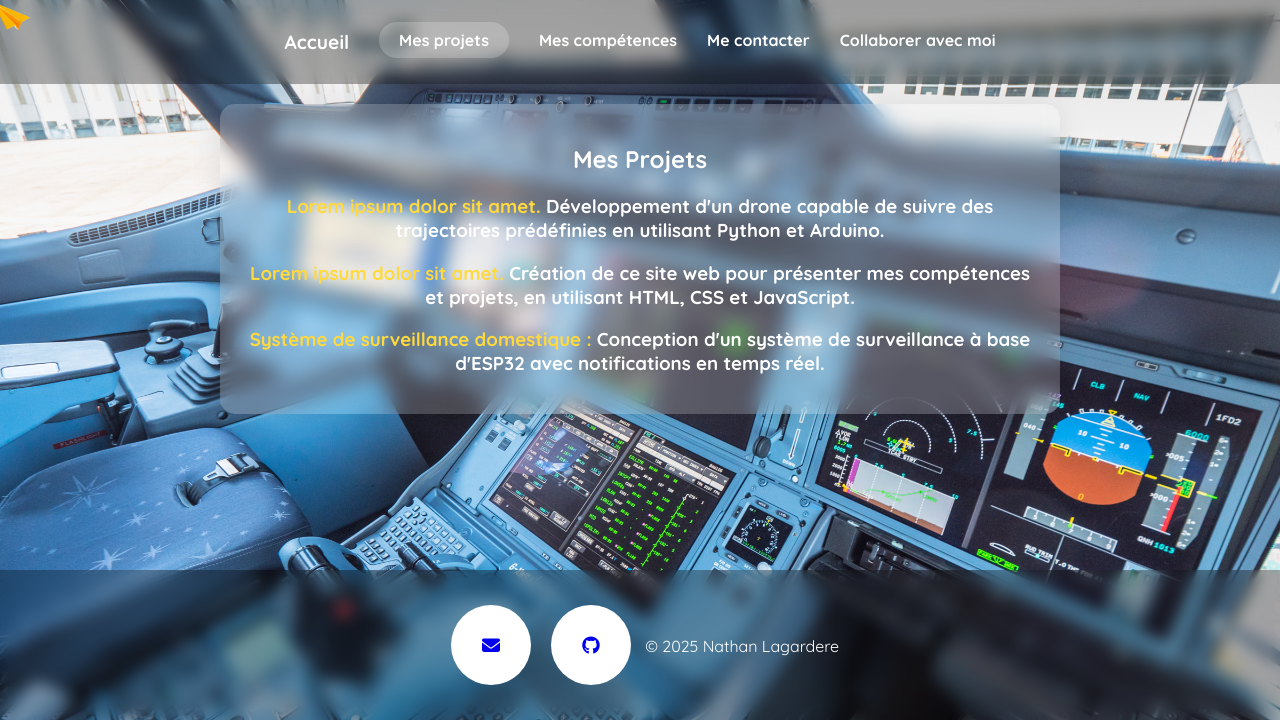
Repository: nlagardere/myportfolio
Page: projects.html
The author's editor kept a copy of each file at every save. The page is drawn from the files as they stood at one save, then again after a run of saves.
The browser window is 1280 px wide. The pictures show the whole page.

Above is the page before, as saved 2025-09-06 10:59:13.

### projects.html
<!DOCTYPE html>
<html lang="fr">
<head>
  <meta charset="UTF-8">
  <meta name="viewport" content="width=device-width, initial-scale=1.0">
  <title>Portfolio</title>

  <link href="https://fonts.googleapis.com/css2?family=Exo+2:wght@400;700&family=Quicksand:wght@400;700&display=swap" rel="stylesheet">
  <link rel="stylesheet" href="https://cdnjs.cloudflare.com/ajax/libs/font-awesome/6.5.0/css/all.min.css">

  <style>
    html{
      scroll-behavior: smooth;
      cursor: none;
    }

    body {
      font-family: 'Quicksand', sans-serif;
      margin: 0;
      padding: 0;
      min-height: 100vh;
      display: flex;
      flex-direction: column;
      background: url('a350.jpg') no-repeat center center;
      background-size: cover;
      color: #fff;

    }

    header {
      text-align: center;
      padding: 30px 20px;
      background: rgba(0,0,0,0.3);
      backdrop-filter: blur(8px);
    }

    .glasscard, .competences {
      background: rgba(255, 255, 255, 0.2);
      border-radius: 15px;
      padding: 20px;
      margin: 20px auto;
      max-width: 800px;
      backdrop-filter: blur(10px);
      box-shadow: 0 4px 30px rgba(0,0,0,0.1);
      text-align: center;
      animation: zoomPop 1s ease forwards;
      color: white;
    }

    .highlight {
      color: #FFD93D;
      font-weight: bold;
    }

    @keyframes zoomPop {
      0% { opacity: 0; transform: scale(0.1) translateZ(-800px); }
      60% { opacity: 1; transform: scale(1.2) translateZ(50px); }
      80% { transform: scale(0.95) translateZ(0); }
      100% { opacity: 1; transform: scale(1) translateZ(0); }
    }

    .wrapper {
      display: inline-flex;
      justify-content: center;
      list-style: none;
      padding: 20px 0;
      margin: 0 auto;
    }

    .wrapper .icon {
      position: relative;
      background: #ffffff;
      border-radius: 50%;
      padding: 15px;
      margin: 0 10px;
      width: 50px;
      height: 50px;
      font-size: 18px;
      display: flex;
      justify-content: center;
      align-items: center;
      cursor: pointer;
      transition: all 0.2s cubic-bezier(0.68, -0.55, 0.265, 1.55);
    }

    .wrapper .tooltip {
      position: absolute;
      bottom: 100%;
      left: 50%;
      transform: translateX(-50%) translateY(-10px);
      font-size: 14px;
      background: #333;
      color: #fff;
      padding: 5px 8px;
      border-radius: 5px;
      opacity: 0;
      pointer-events: none;
      white-space: nowrap;
      transition: all 0.3s cubic-bezier(0.68, -0.55, 0.265, 1.55);
      z-index: 10;
    }

    .wrapper .tooltip::before {
      content: "";
      position: absolute;
      top: 100%;
      left: 50%;
      transform: translateX(-50%) rotate(45deg);
      width: 8px;
      height: 8px;
      background: #333;
    }

    .wrapper .icon:hover .tooltip {
      opacity: 1;
      pointer-events: auto;
      transform: translateX(-50%) translateY(-15px);
    }

    .wrapper .mail:hover,
    .wrapper .mail:hover .tooltip,
    .wrapper .mail:hover .tooltip::before {
      background: #00CED1;
      color: #fff;
    }

    .wrapper .github:hover,
    .wrapper .github:hover .tooltip,
    .wrapper .github:hover .tooltip::before {
      background: #333333;
      color: #fff;
    }

    .footer{
      text-align: center;
      padding: 15px 20px;
      background: rgba(0,0,0,0.3);
      backdrop-filter: blur(8px);
      color: white;
      margin-top: auto;
    }

    .navbar ul {
      list-style: none;
      padding: 0;
      margin: 0;
      display: flex;
      justify-content: center;
      gap: 30px;
      flex-wrap: wrap;
    }
    .navbar ul li {
      display: inline;
    }
    .navbar ul li a {
      text-decoration: none;
      color: white;
      font-weight: bold;
      transition: color 0.3s;
    }
    .navbar ul li a:hover {
      color: #FFD93D;
    }

    .navbar .accueil a {
      font-size: 1.2em;
      font-weight: bold;
      color: #ffffff;
    }
    .navbar .accueil a:hover {
      color: #FFD93D;
    }

    .projets-wrapper {
      background: rgba(255, 255, 255, 0.2);
      backdrop-filter: blur(10px);
      padding: 8px 20px;
      border-radius: 25px;
      color: #fff;
      font-weight: bold;
      transition: all 0.3s ease;
    }

    .projets-wrapper:hover {
      background: rgba(255, 255, 255, 0.4);
      transform: scale(1.05);
      color: #FFD93D;
    }

    #mouse {
  position: fixed;
  top: 0;
  left: 0;
  width: 64px;
  height: 64px;
  background: url('cursor.png') no-repeat center center;
  background-size: contain;
  pointer-events: none; /* pour que le curseur ne bloque pas les clics */
  transform: translate(-50%, -50%);
  z-index: 9999;
  transform: translate(-35%, -25%);
  pointer-events: none;
}




    @media (max-width: 600px) {
      .letter-block .letter {
        font-size: 2.5em;
      }
    }

  </style>
</head>
<body>
  <div id="mouse"></div>
  <header>
    <nav class="navbar">
      <ul>
        <li class="accueil">
          <a href="index - Copie.html">Accueil</a>
        </li>
        <li><a href="projects.html" class="projets-wrapper">Mes projets</a></li>
        <li><a href="competences.html">Mes compétences</a></li>
        <li><a href="contact.html">Me contacter</a></li>
        <li><a href="collaborate.html">Collaborer avec moi</a></li>
      </ul>
    </nav>
  </header>

 <div calss="projects">
    <div class="glasscard">
      <h2>Mes Projets</h2>
      <h3><span class="highlight">Lorem ipsum dolor sit amet.</span> Développement d'un drone capable de suivre des trajectoires prédéfinies en utilisant Python et Arduino.</h3>
      <h3><span class="highlight">Lorem ipsum dolor sit amet.</span> Création de ce site web pour présenter mes compétences et projets, en utilisant HTML, CSS et JavaScript.</h3>
      <h3><span class="highlight">Système de surveillance domestique :</span> Conception d'un système de surveillance à base d'ESP32 avec notifications en temps réel.</h3>
    </div>
  </div>


  <div class="footer">
    <ul class="wrapper">
      <li class="icon mail">
        <a href="mailto:nathan.lagardere@gmail.com" target="_blank">
          <span class="tooltip">Mail</span>
          <i class="fas fa-envelope"></i>
        </a>
      </li>
      <li class="icon github">
        <a href="https://github.com/nlagardere" target="_blank">
          <span class="tooltip">Github</span>
          <i class="fab fa-github"></i>
        </a>
      </li>
    </ul>
    © 2025 Nathan Lagardere
  </div>

  <script>
    const mouse = document.querySelector('#mouse')
    window.addEventListener('mousemove', (e) => {
      mouse.style.top = e.pageY + 'px'
      mouse.style.left = e.pageX + 'px'
    })
  </script>
</body>
</html>

After the next 2 saves:
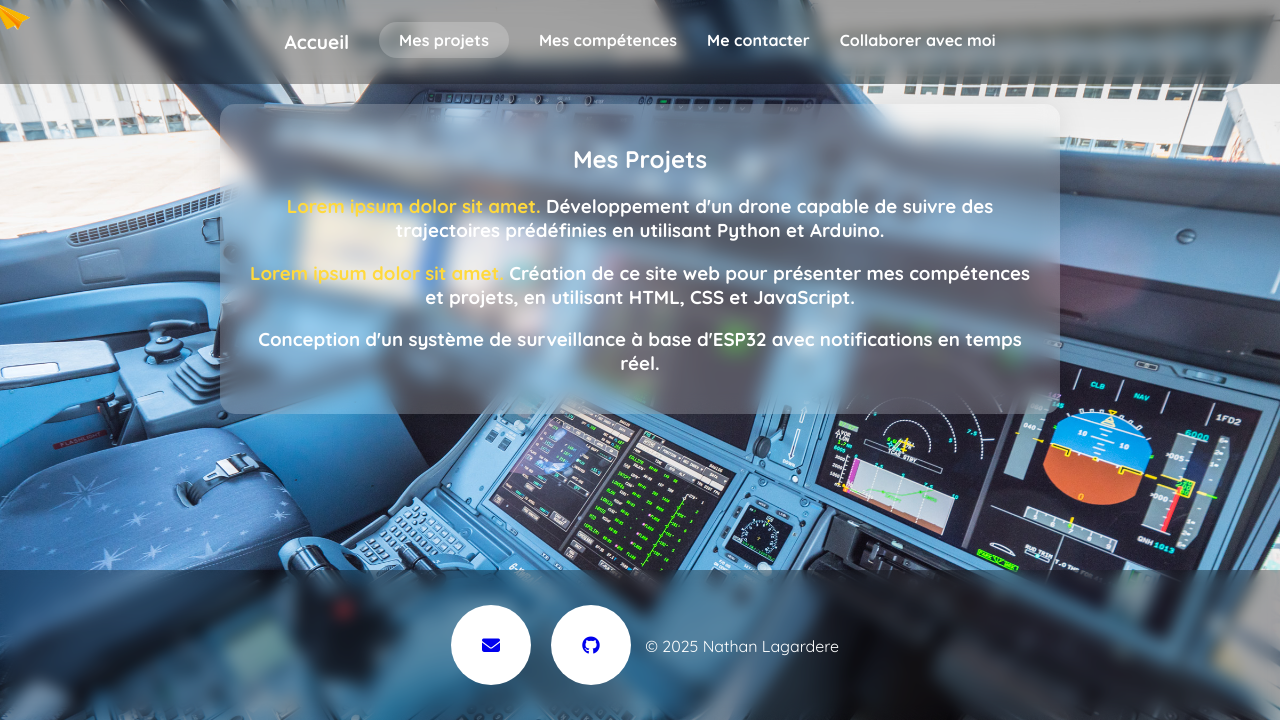
The 2 saves are shown as one change because they came seconds apart.
The last was saved 6 s later.
--- a/projects.html
+++ b/projects.html
@@ -234,7 +234,7 @@
       <h2>Mes Projets</h2>
       <h3><span class="highlight">Lorem ipsum dolor sit amet.</span> Développement d'un drone capable de suivre des trajectoires prédéfinies en utilisant Python et Arduino.</h3>
       <h3><span class="highlight">Lorem ipsum dolor sit amet.</span> Création de ce site web pour présenter mes compétences et projets, en utilisant HTML, CSS et JavaScript.</h3>
-      <h3><span class="highlight">Système de surveillance domestique :</span> Conception d'un système de surveillance à base d'ESP32 avec notifications en temps réel.</h3>
+      <h3><span class="highlight"></span> Conception d'un système de surveillance à base d'ESP32 avec notifications en temps réel.</h3>
     </div>
   </div>
 
